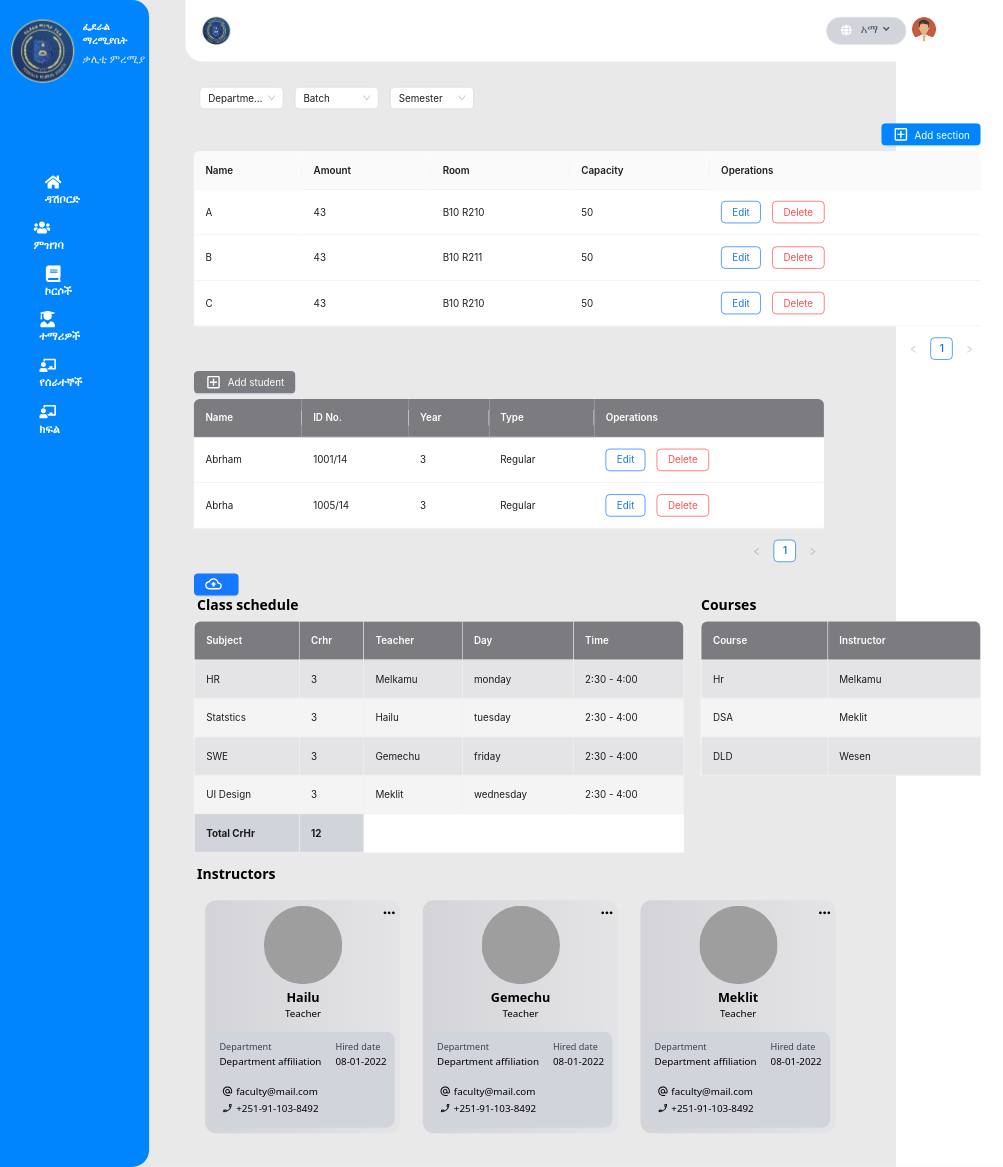
Repository: Yigoya/federal-prison-education-ms-frontend
Page: /classroom, after clicking the first element matching `td.ant-table-cell > a`
The author's editor kept a copy of each file at every save. The page is drawn from the files as they stood at one save, then again after the next save.
The browser window is 1280 px wide. The page is 1433 px wide, so the pictures cover 1433 px, including what lies to the right of the window. The pictures show the whole page, at 70% of full size.
Pictures or frames that could not be fetched are drawn as grey boxes. The project was rebuilt for these pictures with package versions that can differ from the ones it lists, and the page was loaded fresh each time. Also part of the build but not shown: vite.config.js, src/pages/DashBoard.jsx, src/pages/Courses.jsx, src/layout/AuthLayout.jsx, src/pages/Login.jsx, src/pages/Teachers.jsx, src/pages/StudentRegistration.jsx, src/components/classroom/ComboBox.jsx and 1 more. Imported but missing from the stored project, and not drawn on this page: src/pages/Students.

Above is the page before, as saved 2024-07-05 15:45:25.

After the next save:
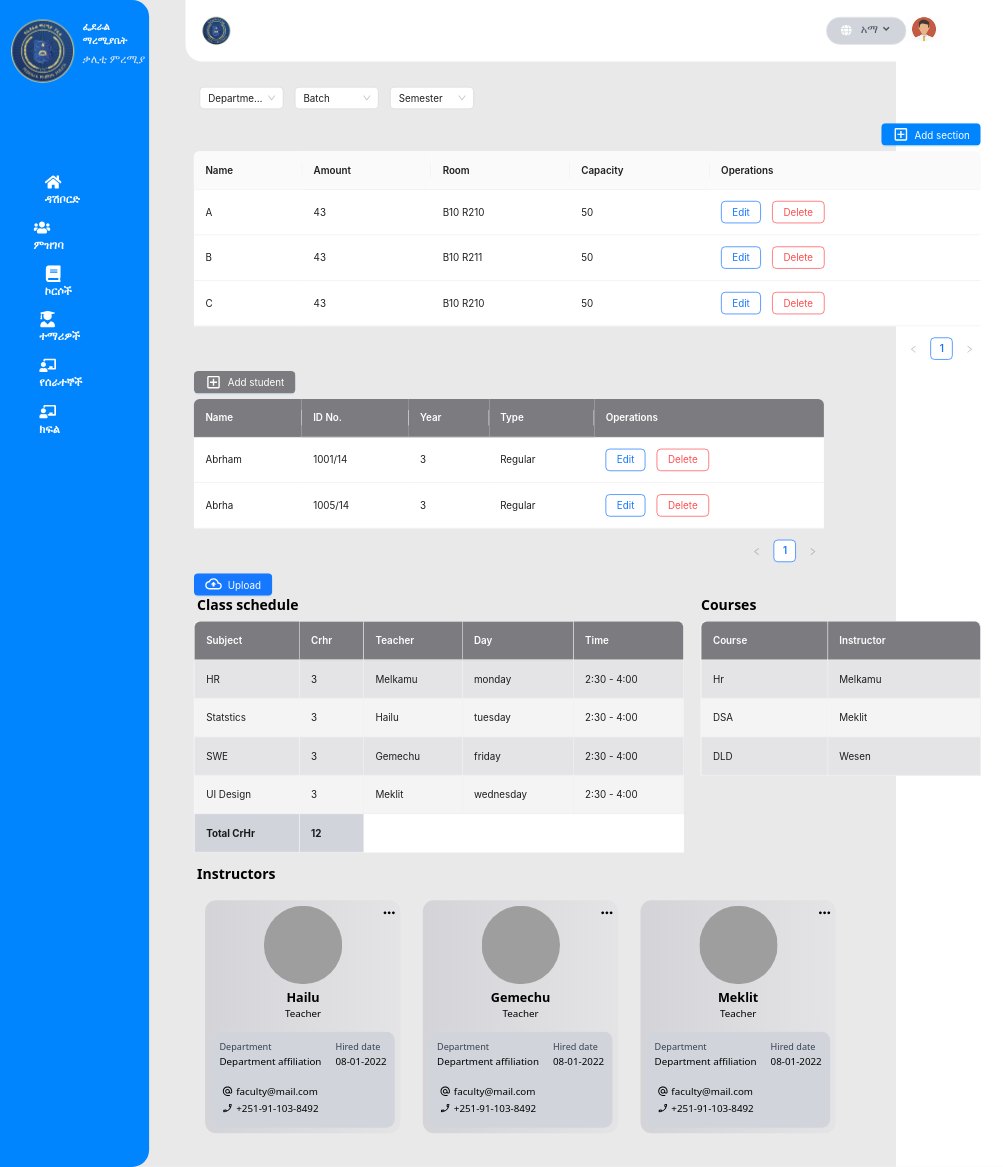
Saved 6 s later.
--- a/src/components/classroom/UploadCenter.jsx
+++ b/src/components/classroom/UploadCenter.jsx
@@ -4,7 +4,7 @@
 const UploadCenter = () => {
   return (
     <div>
-        <Button type="primary" icon={<CloudUploadOutlinedIcon />} > </Button>
+        <Button type="primary" icon={<CloudUploadOutlinedIcon />} > Upload </Button>
     </div>
   )
 }
